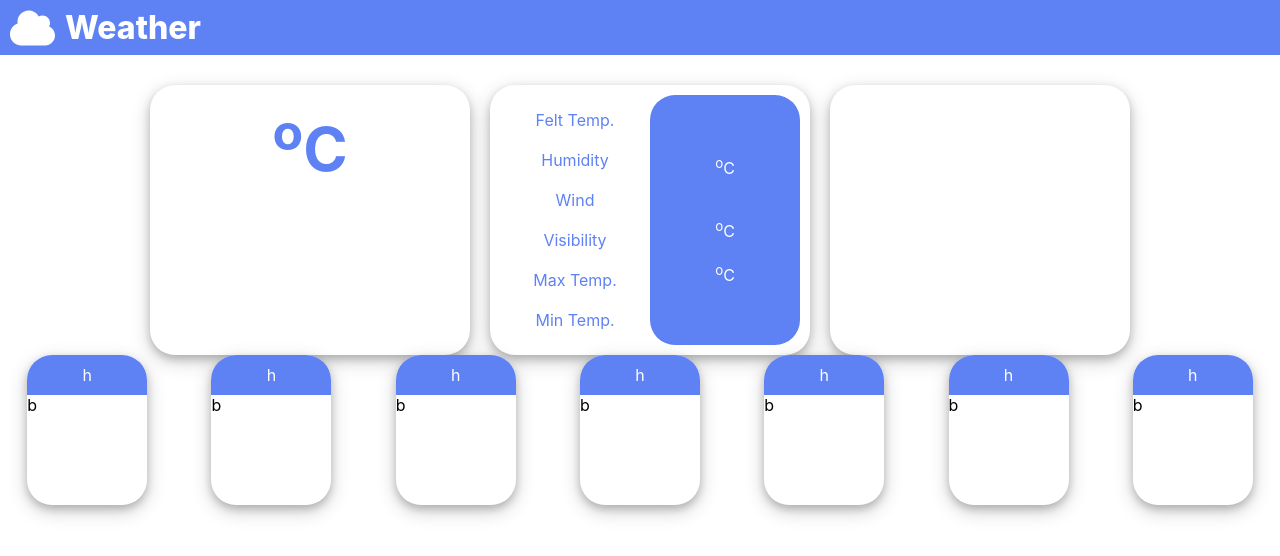
Repository: ahmedazawi/weather-app
Page: /
The author's editor kept a copy of each file at every save. The page is drawn from the files as they stood at one save, then again after the next save.
The browser window is 1280 px wide. The pictures show the whole page.
The project was rebuilt for these pictures with package versions that can differ from the ones it lists, and the page was loaded fresh each time. Also part of the build but not shown: src/components/Map.js.

Above is the page before, as saved 2022-11-30 15:20:26.

After the next save:
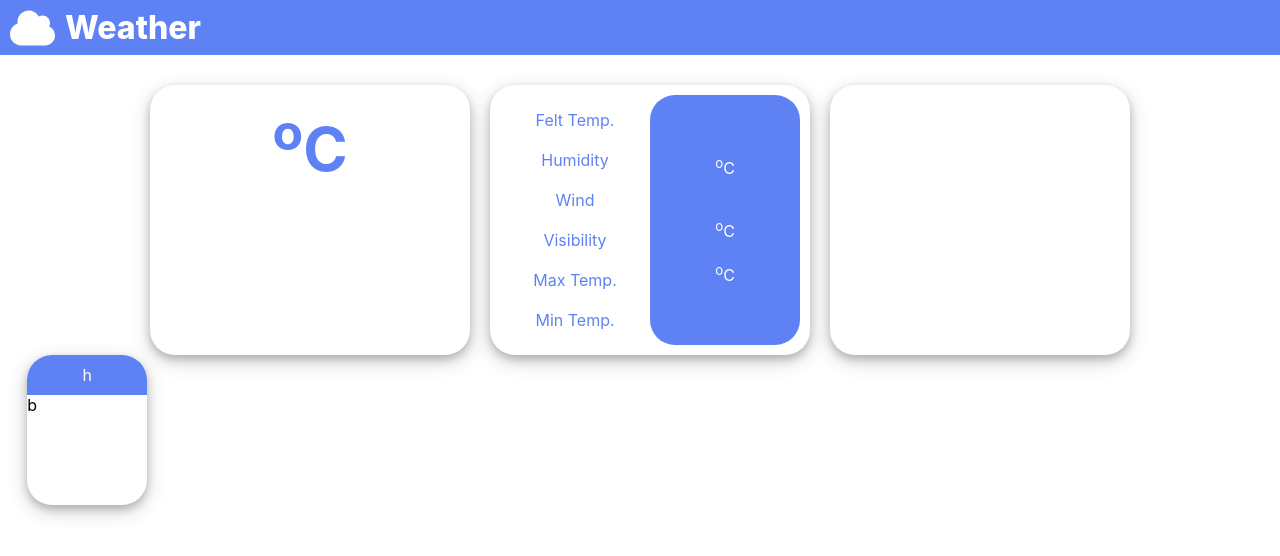
Saved 3 min 52 s later.
--- a/src/components/SevenDaysCards.js
+++ b/src/components/SevenDaysCards.js
@@ -7,36 +7,6 @@ const SevenDaysCards = () => {
         <div>h</div>
         <div>b</div>
       </div>
-
-      <div>
-        <div>h</div>
-        <div>b</div>
-      </div>
-
-      <div>
-        <div>h</div>
-        <div>b</div>
-      </div>
-
-      <div>
-        <div>h</div>
-        <div>b</div>
-      </div>
-
-      <div>
-        <div>h</div>
-        <div>b</div>
-      </div>
-
-      <div>
-        <div>h</div>
-        <div>b</div>
-      </div>
-
-      <div>
-        <div>h</div>
-        <div>b</div>
-      </div>
     </div>
   );
 };
